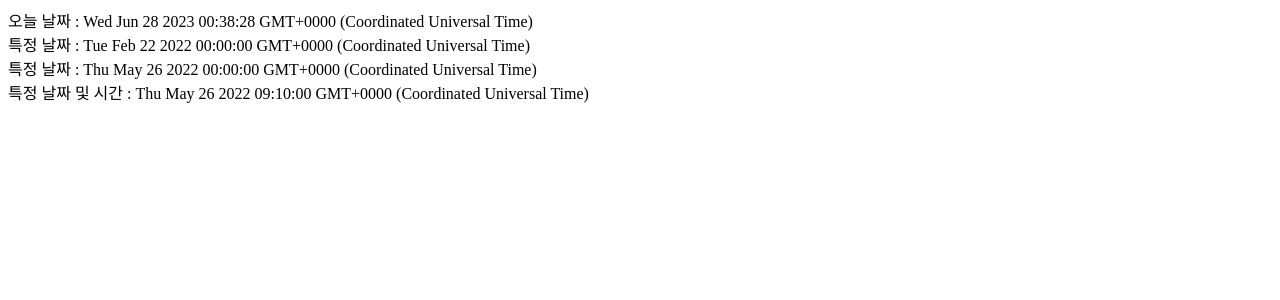
Repository: shinsil0601/webstudy
Page: 03_JavaScript/src/main/webapp/day03/ex02_Date.html
These files come from the project's save history. The page is drawn as it stood at one moment and after the next save; the edit follows.
The browser window is 1280 px wide. The pictures show the whole page.

Above is the page before, as saved 2023-06-29 01:58:09.

After the next save:
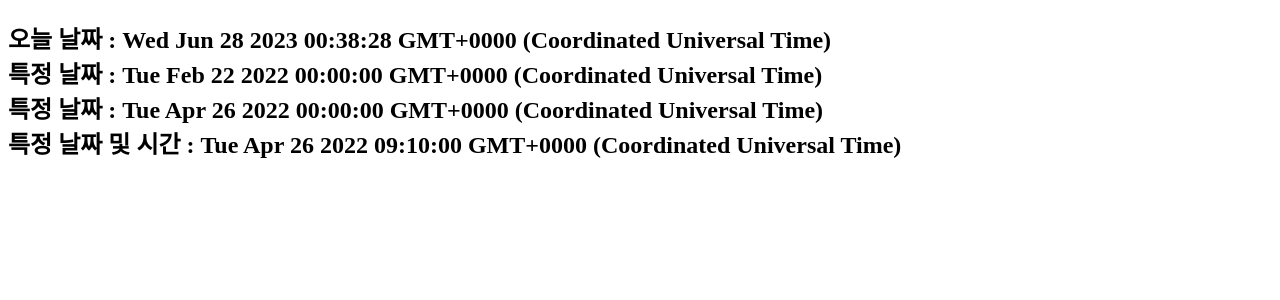
Saved 4 min 39 s later.
--- a/03_JavaScript/src/main/webapp/day03/ex02_Date.html
+++ b/03_JavaScript/src/main/webapp/day03/ex02_Date.html
@@ -4,10 +4,17 @@
 <meta charset="UTF-8">
 <title>Date 객체 : 내장 객체</title>
 <script type="text/javascript">
+	document.write("<h2>");
 	document.write("오늘 날짜 : "+ new Date()+ "<br>");
 	document.write("특정 날짜 : "+ new Date("2022-02-22")+ "<br>");
-	document.write("특정 날짜 : "+ new Date(2022,04,26)+ "<br>");
-	document.write("특정 날짜 및 시간 : "+ new Date(2022,04,26,09,10)+ "<br>");
+
+	// 월을 -1을 해야한다.(0~11월)
+	document.write("특정 날짜 : "+ new Date(2022,04-1,26)+ "<br>");
+	document.write("특정 날짜 및 시간 : "+ new Date(2022,04-1,26,09,10)+ "<br>");
+	document.write("</hr>");
+
+
+	document.write("</h2>");
 </script>
 </head>
 <body>
